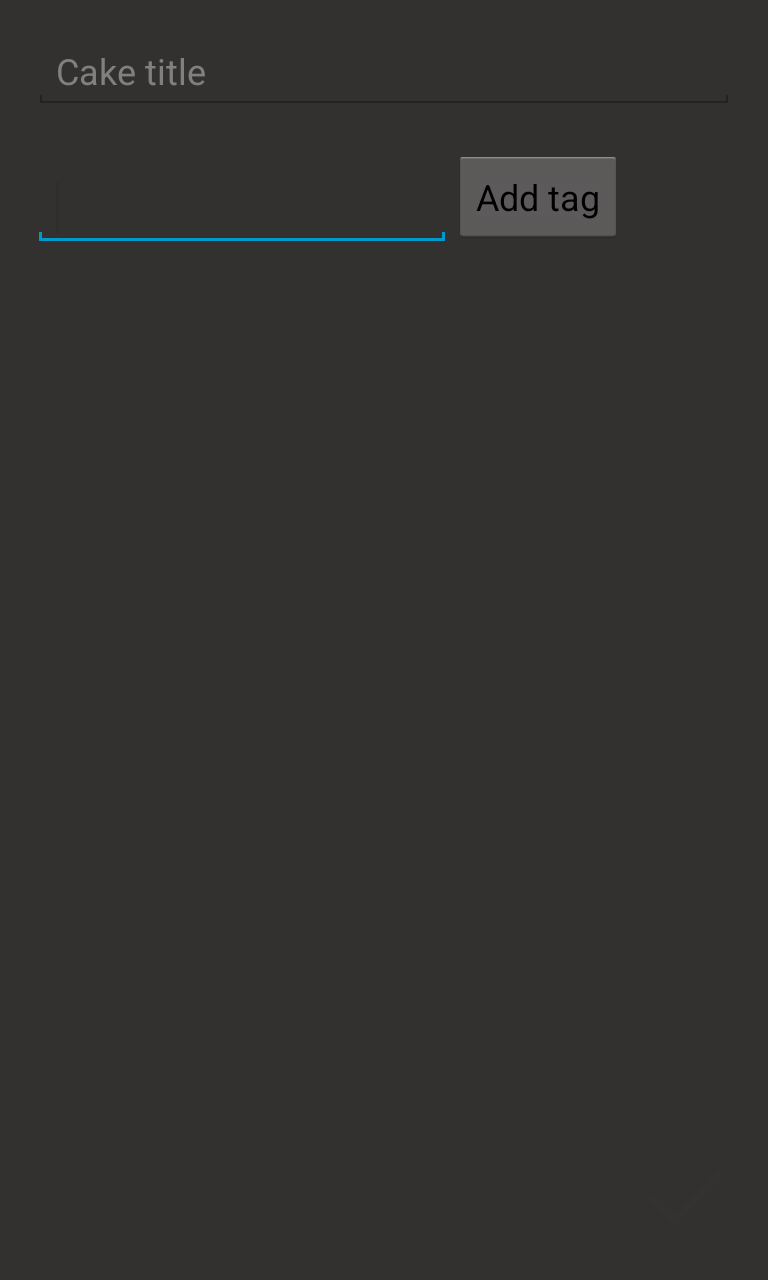
Repository: johnshaughnessy/onesec
Layout: OneSec-App/res/layout/activity_new_cake.xml
These files come from the project's save history. The layout is drawn as it stood at one moment and after the next save; the edit follows.
It is drawn on a 768 x 1280 px phone screen (xhdpi) without system bars, with theme RetroTheme; the app's code is not run.

Above is the layout before, as saved 2013-07-13 22:49:20.

After the next save:
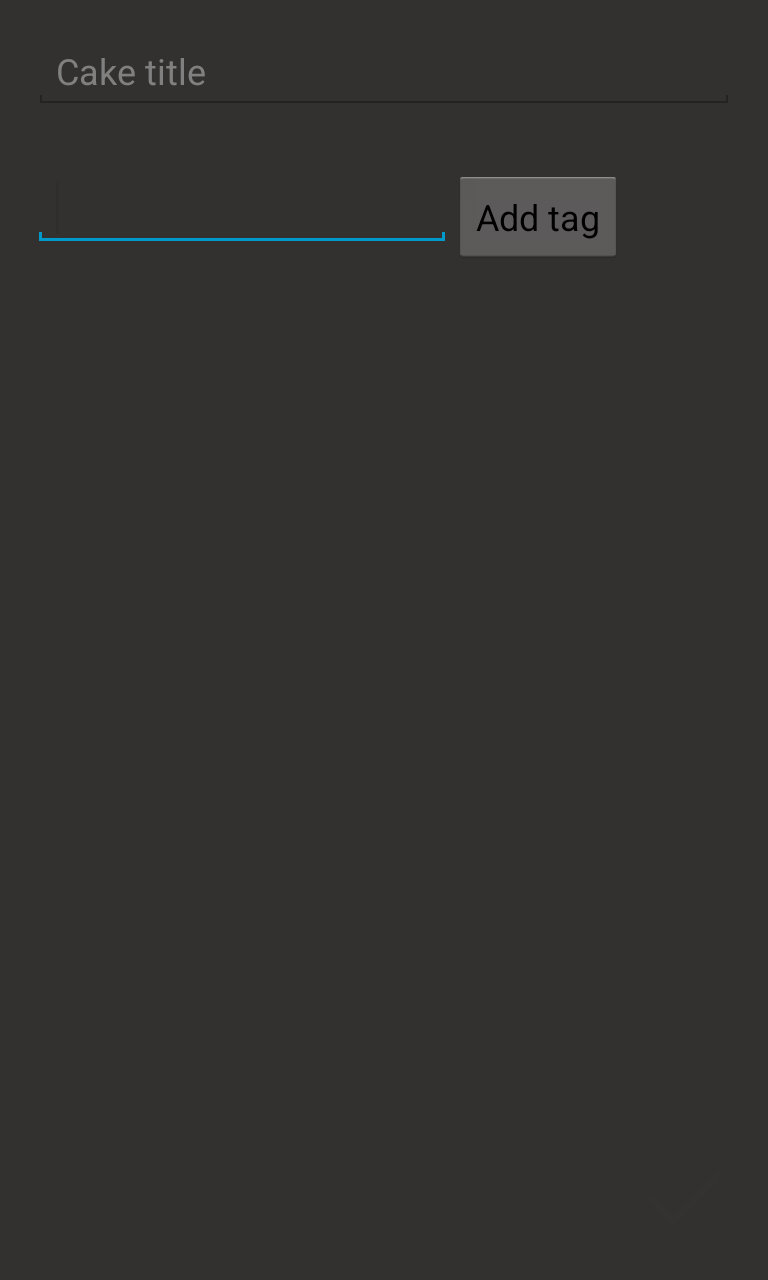
Saved 7 s later.
--- a/OneSec-App/res/layout/activity_new_cake.xml
+++ b/OneSec-App/res/layout/activity_new_cake.xml
@@ -57,7 +57,7 @@
         android:id="@+id/addTag"
         android:layout_width="wrap_content"
         android:layout_height="wrap_content"
-        android:layout_below="@id/date"
+        android:layout_below="@id/thumbnail"
         android:layout_toRightOf="@id/newCakeSprinkle"
         android:layout_centerHorizontal="true"
         android:onClick="addTag"
